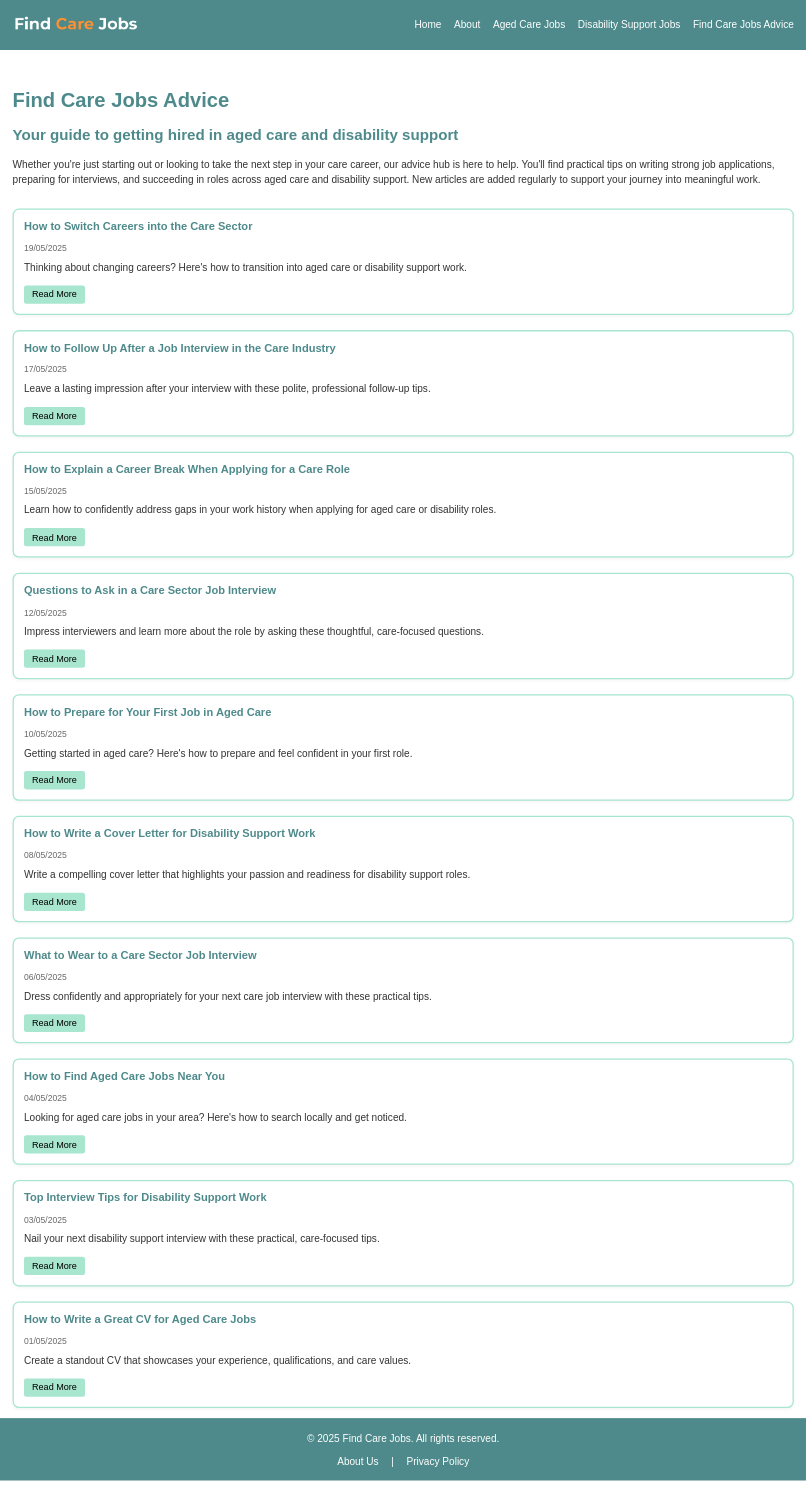
Repository: RichardCareJobs/find-care-jobs
Page: advice.html
An editor plug-in stored every save of this project. The page is shown before and after the next save, followed by the edit.
The browser window is 1280 px wide. The pictures show the whole page, at 63% of full size.

Above is the page before, as saved 2025-05-20 13:38:37.

After the next save:
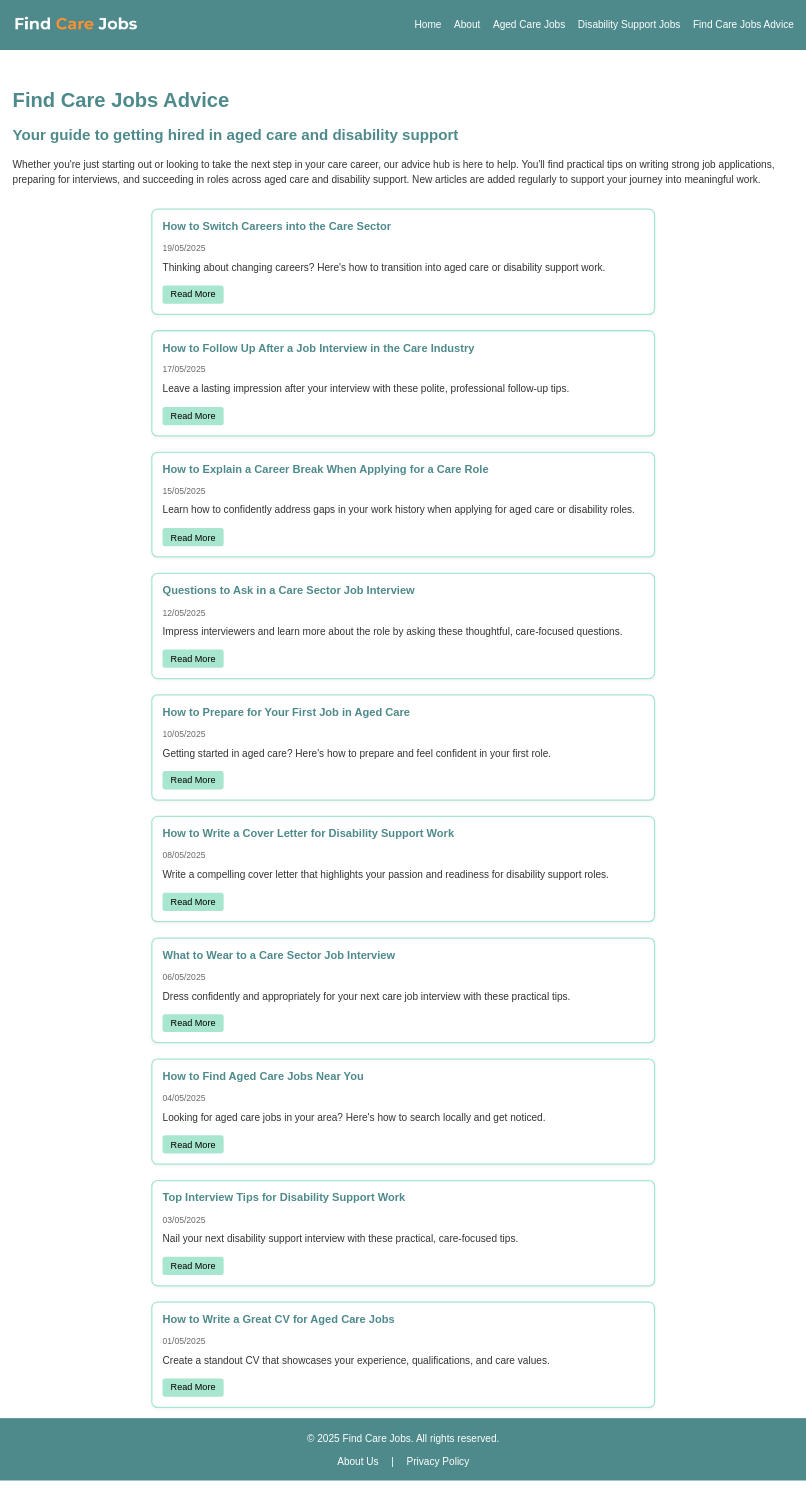
Saved 28 s later.
--- a/styles.css
+++ b/styles.css
@@ -764,3 +764,9 @@ body[data-sector="Disability Support"] #job-listings .see-all-link {
 main.content {
   padding-top: 100px; /* or adjust based on header height */
 }
+
+.advice-wrapper {
+  max-width: 800px;
+  margin: 0 auto;
+  padding: 0 1rem; /* keeps it clean on mobile */
+}
